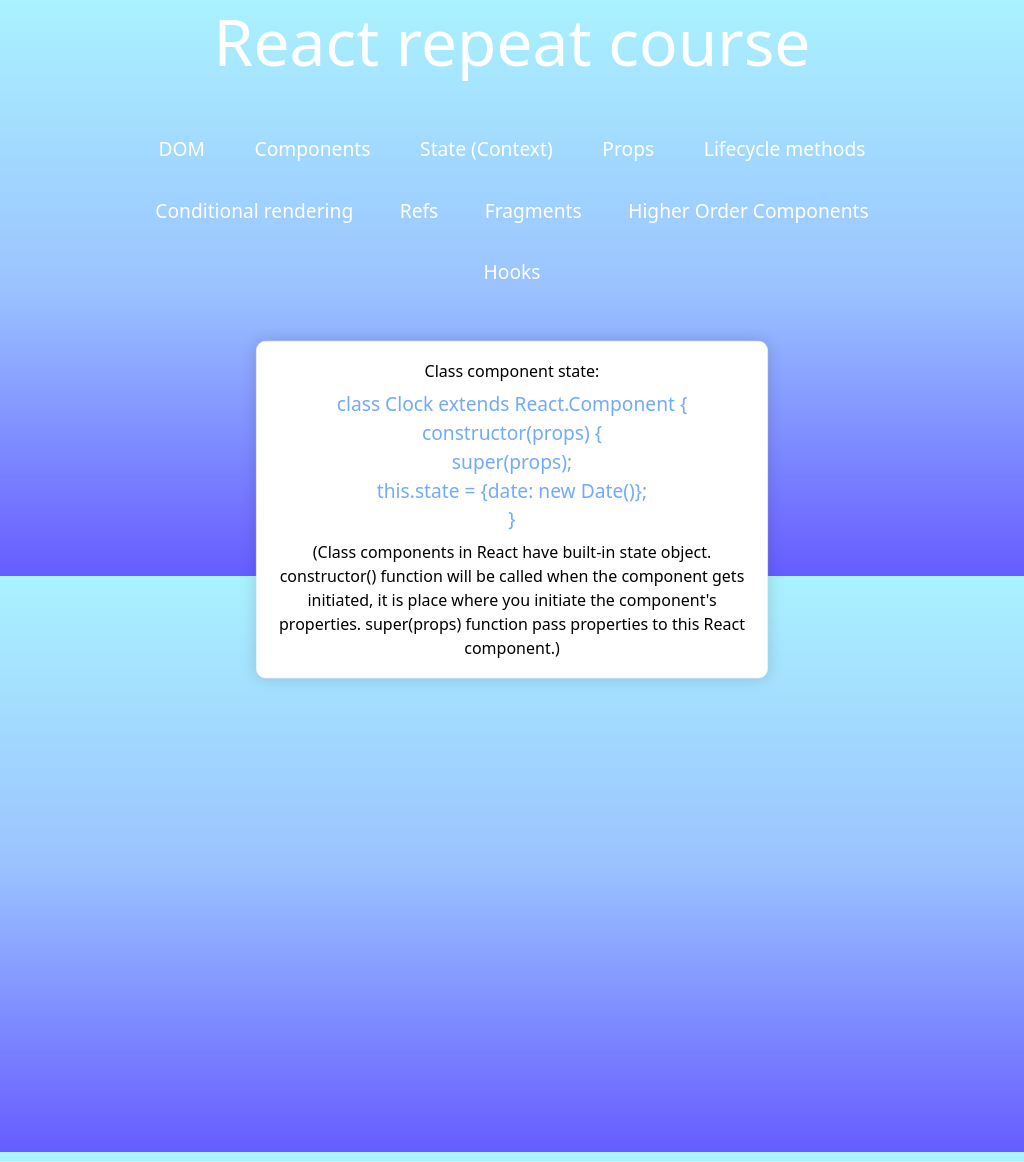
Repository: michalgornicki/github
Page: /#/State
An editor plug-in stored every save of this project. The page is shown before and after a run of saves, followed by the edit.
The browser window is 1280 px wide. The pictures show the whole page, at 80% of full size.
Backgrounds fixed to the window are drawn as part of the page. The project was rebuilt for these pictures with package versions that can differ from the ones it lists, and the page was loaded fresh each time. Also part of the build but not shown: src/components/dom.jsx, src/components/components.jsx, src/components/props.jsx, src/components/lifecycle.jsx, src/components/conditional.jsx, src/components/refs.jsx, src/components/fragments.jsx, src/components/hoc.jsx and 1 more.

Above is the page before, as saved 2022-02-07 12:52:12.

### src/App.jsx
import React from "react";
import "./App.css";
import "bootstrap/dist/css/bootstrap.min.css";
import { Route, HashRouter as Router, Routes, Link } from "react-router-dom";
import DOM from "./components/dom.jsx";
import Components from "./components/components.jsx";
import State from "./components/state.jsx";
import Props from "./components/props.jsx";
import Lifecycle from "./components/lifecycle.jsx";
import Conditional from "./components/conditional.jsx";
import Refs from "./components/refs.jsx";
import Fragments from "./components/fragments.jsx";
import HOC from "./components/hoc.jsx";
import Hooks from "./components/hooks.jsx";

const App = () => {
  return (
    <Router>
      <div className="text-center">
        <div className="display-1 mt-1 mb-5 text-white">React repeat course</div>

        <div className="h4 d-flex w-75 m-auto my-5 justify-content-evenly flex-wrap text-white">
          <Link className="link-style m-3" to="/">
            DOM
          </Link>
          <Link className="link-style m-3" to="/Components">
            Components
          </Link>
          <Link className="link-style m-3" to="/State">
            State (Context)
          </Link>
          <Link className="link-style m-3" to="/Props">
            Props
          </Link>
          <Link className="link-style m-3" to="/Lifecycle">
            Lifecycle methods
          </Link>
          <Link className="link-style m-3" to="/Conditional">
            Conditional rendering
          </Link>
          <Link className="link-style m-3" to="/Refs">
            Refs
          </Link>
          <Link className="link-style m-3" to="/Fragments">
            Fragments
          </Link>
          <Link className="link-style m-3" to="/HOC">
            Higher Order Components
          </Link>
          <Link className="link-style m-3" to="/Hooks">
            Hooks
          </Link>
        </div>

        <Routes>
          <Route path="/" element={<DOM />} />
          <Route path="/Components" element={<Components />} />
          <Route path="/State" element={<State />} />
          <Route path="/Props" element={<Props />} />
          <Route path="/Lifecycle" element={<Lifecycle />} />
          <Route path="/Conditional" element={<Conditional />} />
          <Route path="/Refs" element={<Refs />} />
          <Route path="/Fragments" element={<Fragments />} />
          <Route path="/HOC" element={<HOC />} />
          <Route path="/Hooks" element={<Hooks />} />
        </Routes>
      </div>
    </Router>
  );
};

export default App;

### src/App.css
@import url('https://fonts.googleapis.com/css2?family=Catamaran:wght@400&display=swap');

body{
    font-family: 'Catamaran', sans-serif;
    overflow-x: hidden;
    padding-bottom: 80vh;
    height: auto;
    background: linear-gradient(rgb(170, 242, 255), rgb(155, 195, 255), rgb(102, 92, 255));
    background-attachment: fixed;
}

.js-item{
    color:rgb(0, 0, 0);
    font-size: 1.25rem;
    background-color: white;
    transition: 0.2s;
    padding: 3vh;
    margin-bottom: 4vh!important;
    border: 1px solid rgb(240, 240, 240);
    width: 50%;
    margin-left: auto;
    margin-right: auto;
    box-shadow: 0px 0px 20px rgba(0, 0, 0, 0.15);
    border-radius: 0.75rem;
}

.js-item:hover{
    cursor: pointer;
    background-color: rgb(240, 240, 240);
}

.text-color{
    margin: auto;
    padding: 0.5rem;
    width: fit-content;
    color:rgb(113, 170, 255)!important;
    font-size: 1.5rem;
    border-radius: 1rem;
}

.link-style{
    color: inherit;
    text-decoration: inherit;
    padding: 0.5rem;
    border-radius: 0.5rem;
}

.link-style:hover{
    color: rgb(113, 170, 255);
    text-decoration: inherit;
}

@media only screen and (max-device-width: 600px), (max-width: 600px) {

    .js-item{
        width: 95%;
    }

}

### src/components/state.jsx
const State = () => {
  return (
    <div className="">
      <div className="js-item">
        {" "}
        <div className="">Class component state: </div>
        <div className="text-color">
          {`class Clock extends React.Component {`} <br />
          {`constructor(props) {`} <br />
          {`super(props);`}{" "} <br />
          {`this.state = {date: new Date()};`}{" "} <br />
          {`}`}{" "}
        </div>{" "}
        (Class components in React have built-in state object. constructor() function will be called when the component gets initiated, it is place where you initiate the component's properties. super(props) function pass properties to this React component.)
      </div>
    </div>
  );
};

export default State;

Loaded but not shown: public/index.html (common file); src/index.js (common file); src/index.css (common file); src/reportWebVitals.js (common file)

After the next 2 saves:
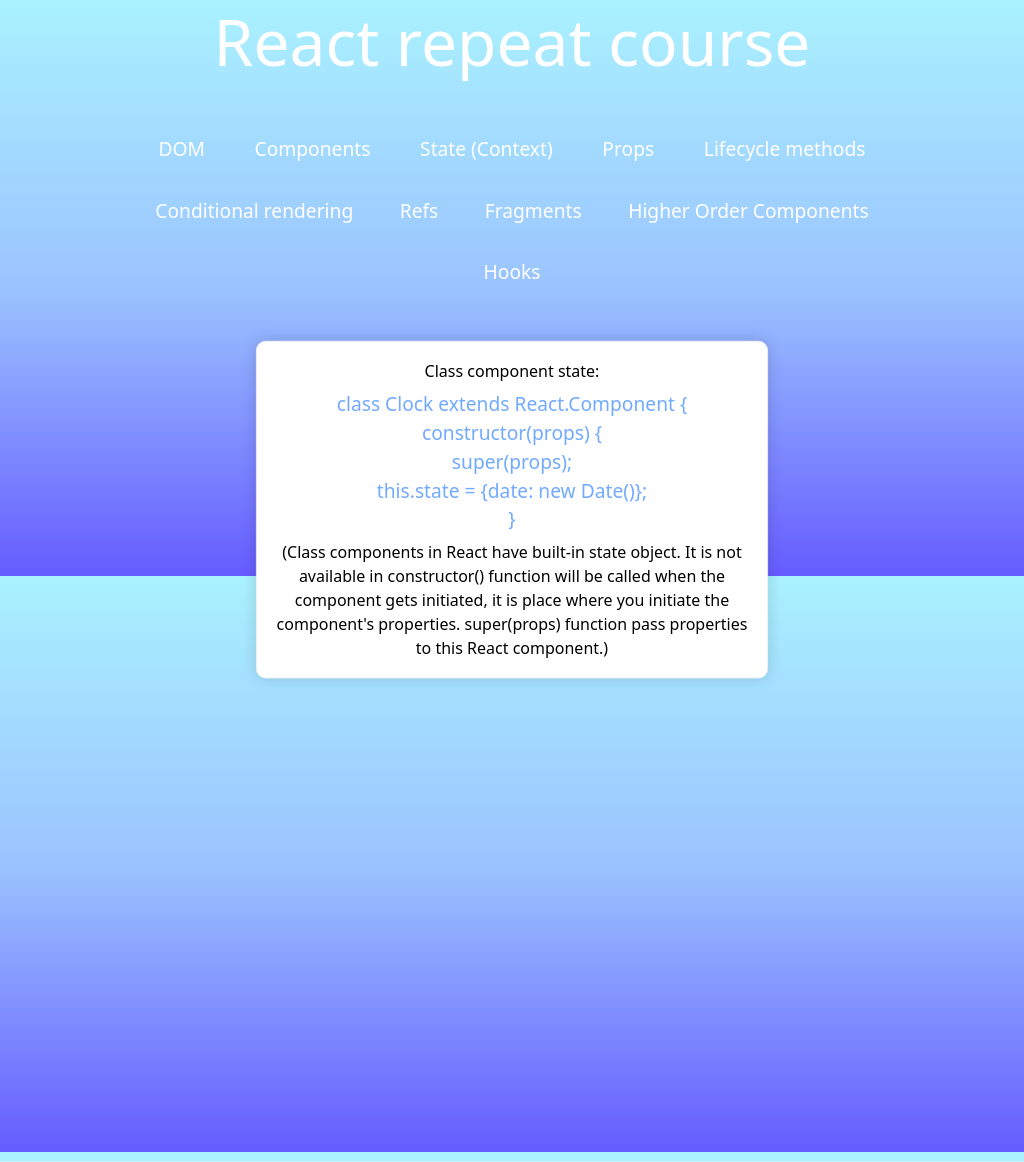
The 2 saves are shown as one change because they came seconds apart.
The last was saved 13 s later.
--- a/src/components/state.jsx
+++ b/src/components/state.jsx
@@ -11,7 +11,7 @@
           {`this.state = {date: new Date()};`}{" "} <br />
           {`}`}{" "}
         </div>{" "}
-        (Class components in React have built-in state object. constructor() function will be called when the component gets initiated, it is place where you initiate the component's properties. super(props) function pass properties to this React component.)
+        (Class components in React have built-in state object. It is not available in constructor() function will be called when the component gets initiated, it is place where you initiate the component's properties. super(props) function pass properties to this React component.)
       </div>
     </div>
   );
